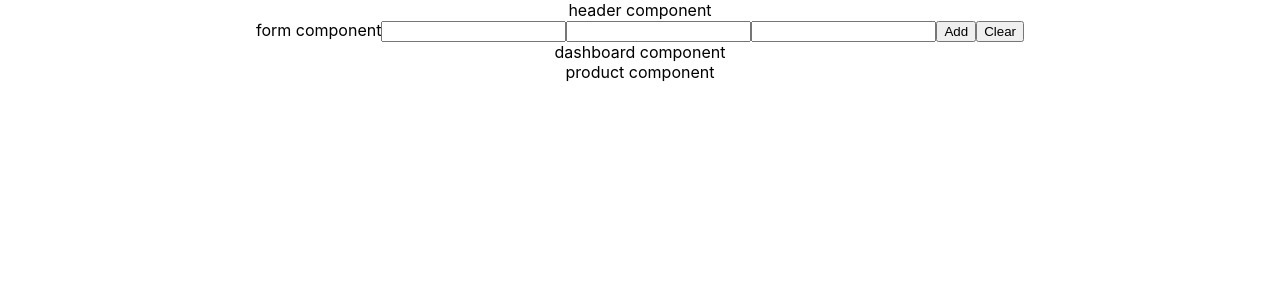
Repository: ooter37/shelfie
Page: /
The author's editor kept a copy of each file at every save. The page is drawn from the files as they stood at one save, then again after the next save.
The browser window is 1280 px wide. The pictures show the whole page.
The project was rebuilt for these pictures with package versions that can differ from the ones it lists, and the page was loaded fresh each time.

Above is the page before, as saved 2020-04-03 10:25:28.

### src/App.js
import React from 'react';

import './App.css';
import Header from './Components/Header/Header'
import Dashboard from './Components/Dashboard/Dashboard'
import Form from './Components/Form/Form'

function App() {
  return (
    <div className="App">
      <Header/>
      <Form/>
      <Dashboard/>
    </div>
  );
}

export default App;

### src/Components/Header/Header.js
import React from 'react'

export default class Header extends React.Component {
    // constructor() {
    //     super()
    // }
    render() {
        return (
            <div>header component</div>
        )
    }
}

### src/Components/Dashboard/Dashboard.js
import React from 'react'
import Product from '../Product/Product'

export default class Dashboard extends React.Component {
    // constructor() {
    //     super()
    // }
    render() {
        return (
            <div>
                dashboard component
                <Product/>

            </div>
        )
    }
}

### src/Components/Form/Form.js
import React from 'react'

export default class Form extends React.Component {
    constructor() {
        super()
        this.state = {
            name: '',
            price: 0,
            img: ''
        }
    }
    render() {
        return (
            <div>form component
                <input></input>
                <input></input>
                <input></input>
                <button>Add</button>
                <button>Clear</button>
            </div>
        )
    }
}

### src/Components/Product/Product.js
import React from 'react'

export default class Product extends React.Component {
    // constructor() {
    //     super()
    // }
    render() {
        return (
            <div>product component</div>
        )
    }
}

Loaded but not shown: public/index.html (common file); src/index.js (common file); src/index.css (common file); src/serviceWorker.js (common file); src/App.css (common file)

After the next save:
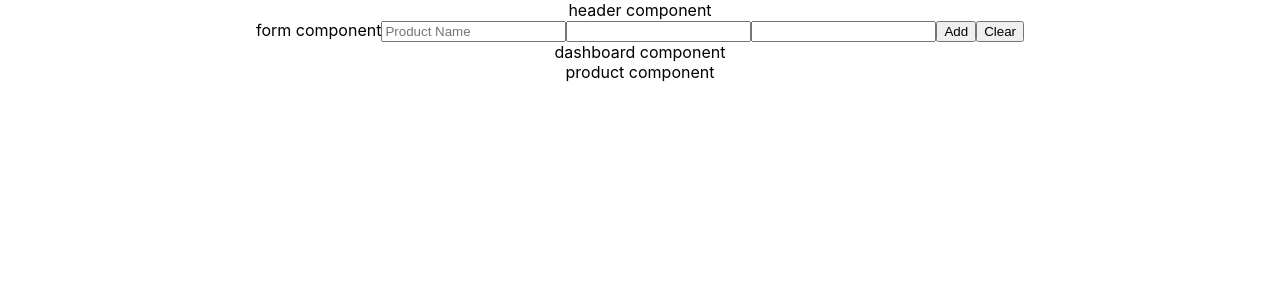
Saved 2 min 47 s later.
--- a/src/Components/Form/Form.js
+++ b/src/Components/Form/Form.js
@@ -9,10 +9,18 @@ export default class Form extends React.Component {
             img: ''
         }
     }
+
+
+
     render() {
         return (
             <div>form component
-                <input></input>
+                <input
+                    name='name'
+                    value={this.state.name}
+                    onChange={e => this.nameChangeHandler(e)}
+                    placeholder='Product Name'
+                ></input>
                 <input></input>
                 <input></input>
                 <button>Add</button>
